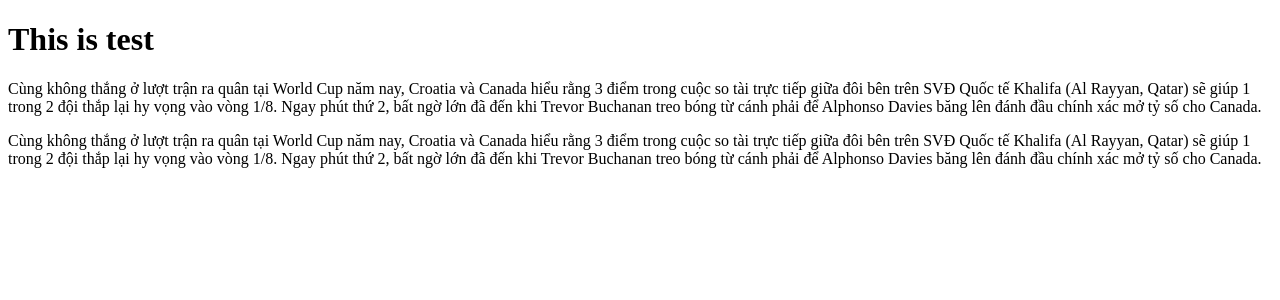
Repository: nguyenhung50497/MD2_cssCanBan
Page: NhungCSS/index.html
An editor plug-in stored every save of this project. The page is shown before and after the next save, followed by the edit.
The browser window is 1280 px wide. The pictures show the whole page.

Above is the page before, as saved 2022-11-28 10:41:33.

### NhungCSS/index.html
<!DOCTYPE html>
<html lang="en">
<head>
    <meta charset="UTF-8">
    <meta http-equiv="X-UA-Compatible" content="IE=edge">
    <meta name="viewport" content="width=device-width, initial-scale=1.0">
    <link rel="stylesheet" href="main.css">
    <title>Document</title>
    <style>

    </style>
</head>
<body>
    <h1>This is test</h1>
    <p style="color: ;">Cùng không thắng ở lượt trận ra quân tại World Cup năm nay, Croatia và Canada hiểu rằng 3 điểm trong cuộc so tài trực tiếp giữa đôi bên trên SVĐ Quốc tế Khalifa (Al Rayyan, Qatar) sẽ giúp 1 trong 2 đội thắp lại hy vọng vào vòng 1/8. Ngay phút thứ 2, bất ngờ lớn đã đến khi Trevor Buchanan treo bóng từ cánh phải để Alphonso Davies băng lên đánh đầu chính xác mở tỷ số cho Canada.</p>
    <p>Cùng không thắng ở lượt trận ra quân tại World Cup năm nay, Croatia và Canada hiểu rằng 3 điểm trong cuộc so tài trực tiếp giữa đôi bên trên SVĐ Quốc tế Khalifa (Al Rayyan, Qatar) sẽ giúp 1 trong 2 đội thắp lại hy vọng vào vòng 1/8. Ngay phút thứ 2, bất ngờ lớn đã đến khi Trevor Buchanan treo bóng từ cánh phải để Alphonso Davies băng lên đánh đầu chính xác mở tỷ số cho Canada.</p>
</body>
</html>

Loaded but not shown: NhungCSS/main.css (no stored copy; drawn as an empty file)

After the next save:
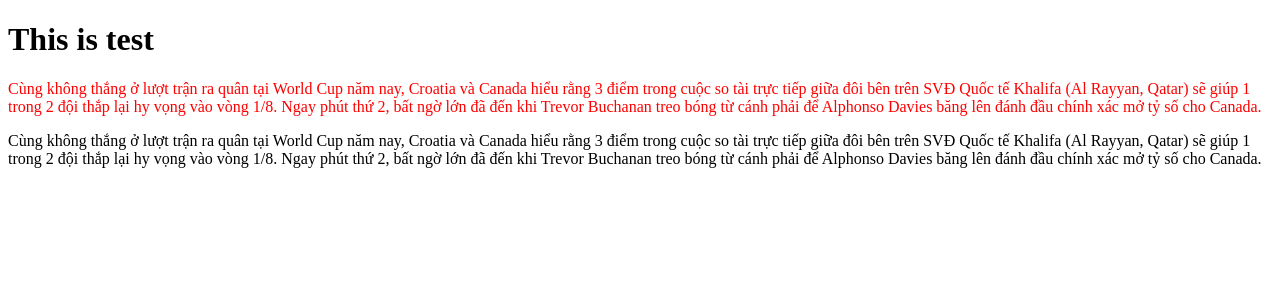
Saved 5 s later.
--- a/NhungCSS/index.html
+++ b/NhungCSS/index.html
@@ -12,7 +12,7 @@
 </head>
 <body>
     <h1>This is test</h1>
-    <p style="color: ;">Cùng không thắng ở lượt trận ra quân tại World Cup năm nay, Croatia và Canada hiểu rằng 3 điểm trong cuộc so tài trực tiếp giữa đôi bên trên SVĐ Quốc tế Khalifa (Al Rayyan, Qatar) sẽ giúp 1 trong 2 đội thắp lại hy vọng vào vòng 1/8. Ngay phút thứ 2, bất ngờ lớn đã đến khi Trevor Buchanan treo bóng từ cánh phải để Alphonso Davies băng lên đánh đầu chính xác mở tỷ số cho Canada.</p>
+    <p style="color: red;">Cùng không thắng ở lượt trận ra quân tại World Cup năm nay, Croatia và Canada hiểu rằng 3 điểm trong cuộc so tài trực tiếp giữa đôi bên trên SVĐ Quốc tế Khalifa (Al Rayyan, Qatar) sẽ giúp 1 trong 2 đội thắp lại hy vọng vào vòng 1/8. Ngay phút thứ 2, bất ngờ lớn đã đến khi Trevor Buchanan treo bóng từ cánh phải để Alphonso Davies băng lên đánh đầu chính xác mở tỷ số cho Canada.</p>
     <p>Cùng không thắng ở lượt trận ra quân tại World Cup năm nay, Croatia và Canada hiểu rằng 3 điểm trong cuộc so tài trực tiếp giữa đôi bên trên SVĐ Quốc tế Khalifa (Al Rayyan, Qatar) sẽ giúp 1 trong 2 đội thắp lại hy vọng vào vòng 1/8. Ngay phút thứ 2, bất ngờ lớn đã đến khi Trevor Buchanan treo bóng từ cánh phải để Alphonso Davies băng lên đánh đầu chính xác mở tỷ số cho Canada.</p>
 </body>
 </html>
